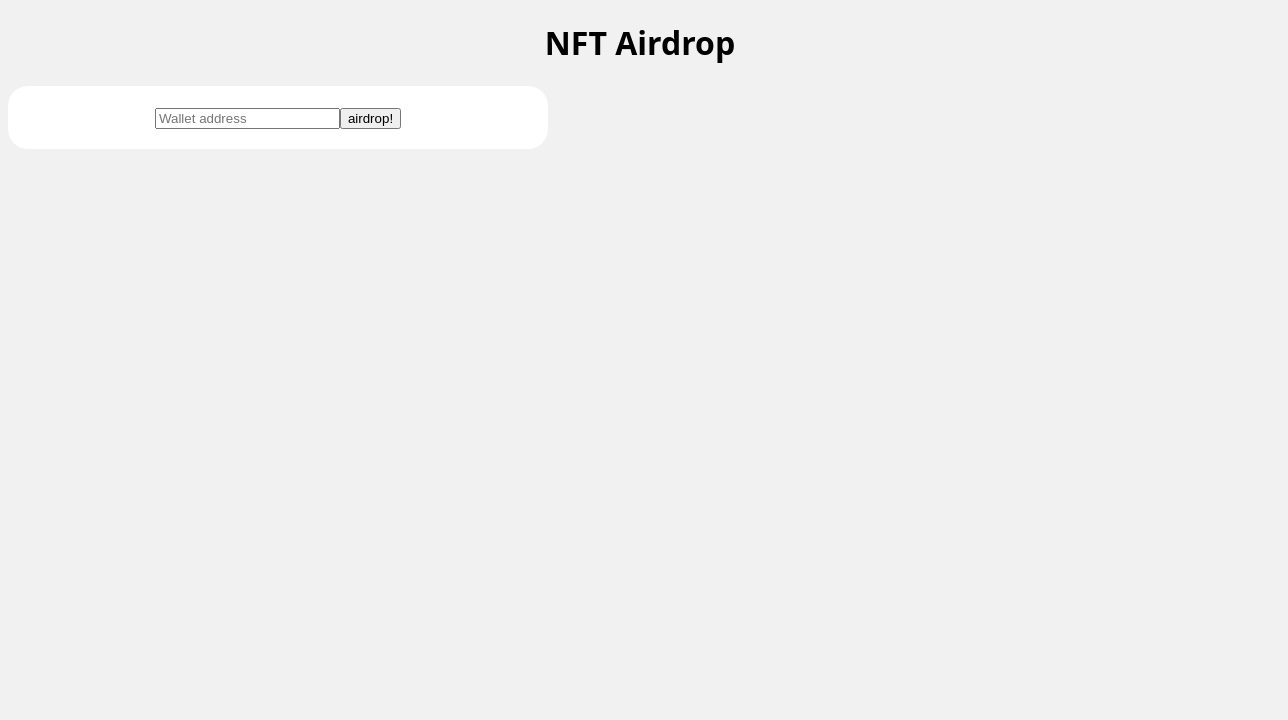
Repository: langf00rd/nft-airdropper
Page: /
An editor plug-in stored every save of this project. The page is shown before and after the next save, followed by the edit.
The browser window is 1280 px wide. The page is 1280 px wide, then 1288 px, so the pictures cover 1288 px, including what lies to the right of the window. The pictures show the whole page.
The project was rebuilt for these pictures with package versions that can differ from the ones it lists, and the page was loaded fresh each time.

Above is the page before, as saved 2022-07-15 17:15:45.

After the next save:
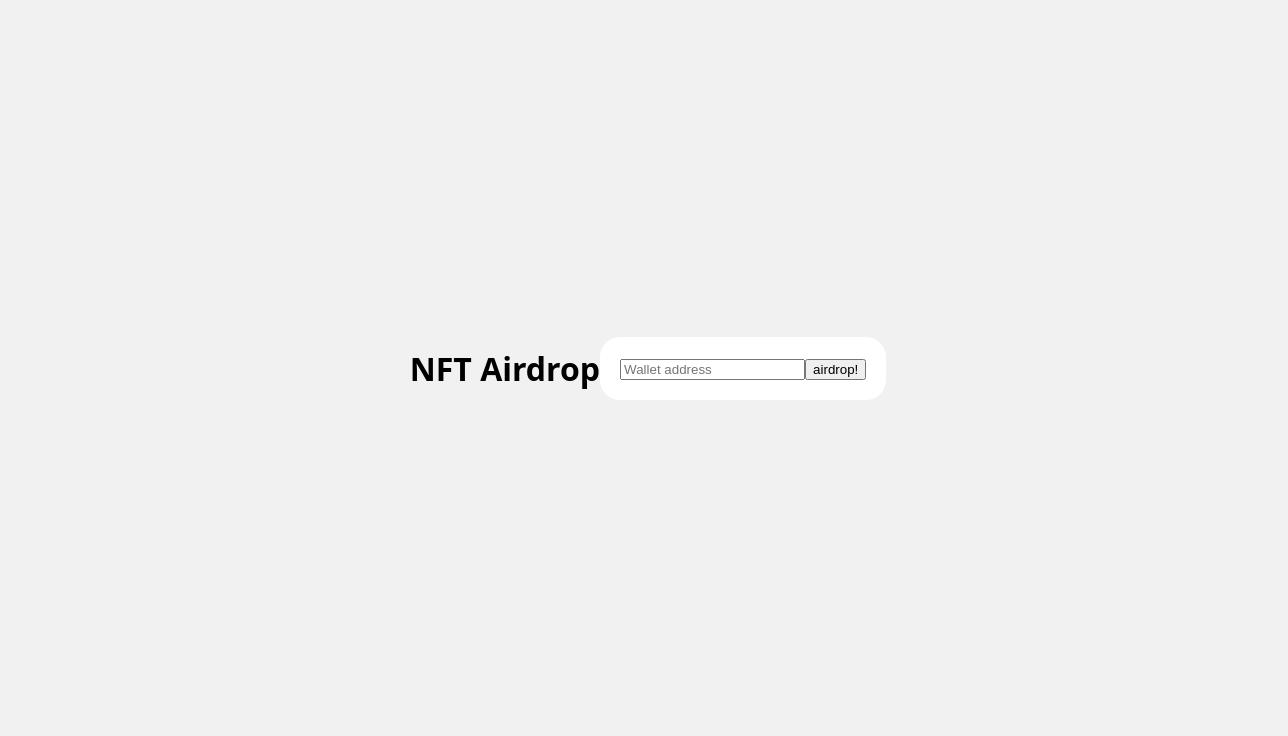
Saved 25 s later.
--- a/src/index.css
+++ b/src/index.css
@@ -1,6 +1,14 @@
 body {
   font-family: system-ui, -apple-system, BlinkMacSystemFont, 'Segoe UI', Roboto, Oxygen, Ubuntu, Cantarell, 'Open Sans', 'Helvetica Neue', sans-serif;
   background: #f1f1f1;
+}
+
+main {
+  width: 100vw;
+  height: 100vh;
+  display: flex;
+  align-items: center;
+  justify-content: center;
 }
 
 .content {
